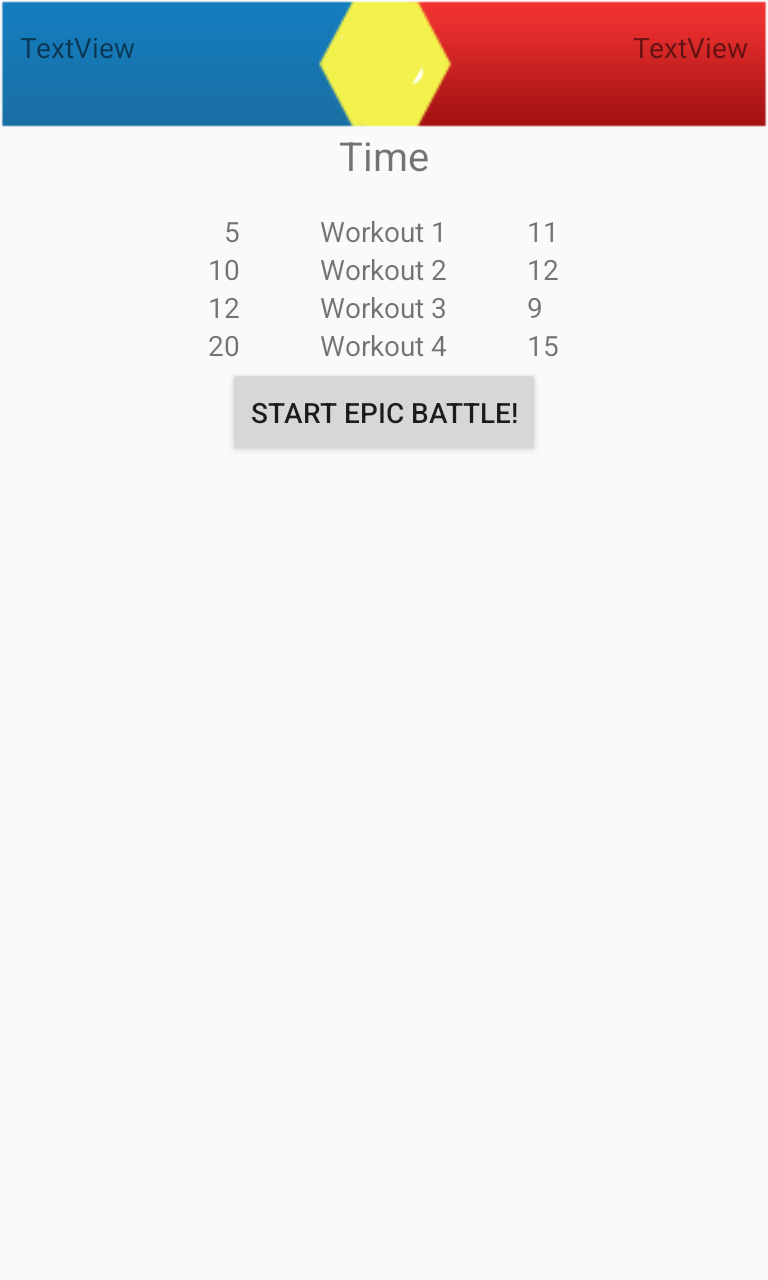
Repository: hackathon-2014/devdroid-repo
Layout: HealthyCompetition/res/layout/battlefield_layout.xml
The author's editor kept a copy of each file at every save. The layout is drawn from the files as they stood at one save, then again after the next save.
It is drawn on a 768 x 1280 px phone screen (xhdpi) without system bars, with theme AppTheme; the app's code is not run.

Above is the layout before, as saved 2014-08-23 20:02:43.

### HealthyCompetition/res/layout/battlefield_layout.xml
<?xml version="1.0" encoding="utf-8"?>
<LinearLayout xmlns:android="http://schemas.android.com/apk/res/android"
    android:layout_width="match_parent"
    android:layout_height="match_parent"
    android:orientation="vertical" >

    <RelativeLayout
        android:id="@+id/relative_layout_versus"
        android:layout_width="match_parent"
        android:layout_height="wrap_content" >

        <ImageView
            android:id="@+id/versus_image"
            android:layout_width="match_parent"
            android:layout_height="wrap_content"
            android:background="@drawable/versus_banner_9" />
        <ImageView
            android:id="@+id/timer_image"
            android:layout_width="50dp"
            android:layout_height="50dp"
            android:layout_centerHorizontal="true"
            android:background="@drawable/clockBG_9" />

        <TextView
            android:id="@+id/time_view"
            android:layout_width="wrap_content"
            android:layout_height="wrap_content"
            android:layout_below="@+id/versus_image"
            android:layout_centerHorizontal="true"

            android:text="Time"
            android:textSize="20dp" />

        <TextView
            android:id="@+id/player_one_name"
            android:layout_width="wrap_content"
            android:layout_height="wrap_content"
            android:layout_alignParentLeft="true"
            android:layout_alignParentTop="true"
            android:layout_marginLeft="10dp"
            android:layout_marginTop="14dp"
            android:text="TextView" />

        <TextView
            android:id="@+id/player_two_name"
            android:layout_width="wrap_content"
            android:layout_height="wrap_content"
            android:layout_alignBaseline="@+id/player_one_name"
            android:layout_alignBottom="@+id/player_one_name"
            android:layout_alignParentRight="true"
            android:layout_alignParentTop="true"
            android:layout_marginRight="10dp"
            android:text="TextView" />
    </RelativeLayout>

    <RelativeLayout
        android:id="@+id/workout_layout_one"
        android:layout_width="match_parent"
        android:layout_height="wrap_content"
        android:layout_marginTop="15dp"
        android:orientation="vertical" >

        <TextView
            android:id="@+id/workout_one"
            android:layout_width="wrap_content"
            android:layout_height="wrap_content"
            android:layout_centerHorizontal="true"
            android:text="Workout 1" />

        <TextView
            android:id="@+id/playerone_workoutone"
            android:layout_width="wrap_content"
            android:layout_height="wrap_content"
            android:layout_alignParentTop="true"
            android:layout_marginRight="40dp"
            android:layout_toLeftOf="@+id/workout_one"
            android:text="5" />

        <TextView
            android:id="@+id/playertwo_workoutone"
            android:layout_width="wrap_content"
            android:layout_height="wrap_content"
            android:layout_alignParentTop="true"
            android:layout_marginLeft="40dp"
            android:layout_toRightOf="@+id/workout_one"
            android:text="11" />
    </RelativeLayout>

    <RelativeLayout
        android:id="@+id/workout_layout_two"
        android:layout_width="match_parent"
        android:layout_height="wrap_content"
        android:orientation="vertical" >

        <TextView
            android:id="@+id/workout_two"
            android:layout_width="wrap_content"
            android:layout_height="wrap_content"
            android:layout_centerHorizontal="true"
            android:text="Workout 2" />

        <TextView
            android:id="@+id/playerone_workouttwo"
            android:layout_width="wrap_content"
            android:layout_height="wrap_content"
            android:layout_alignParentTop="true"
            android:layout_marginRight="40dp"
            android:layout_toLeftOf="@+id/workout_two"
            android:text="10" />

        <TextView
            android:id="@+id/playertwo_workouttwo"
            android:layout_width="wrap_content"
            android:layout_height="wrap_content"
            android:layout_alignParentTop="true"
            android:layout_marginLeft="40dp"
            android:layout_toRightOf="@+id/workout_two"
            android:text="12" />
    </RelativeLayout>

    <RelativeLayout
        android:id="@+id/workout_layout_three"
        android:layout_width="match_parent"
        android:layout_height="wrap_content"
        android:orientation="vertical" >

        <TextView
            android:id="@+id/workout_three"
            android:layout_width="wrap_content"
            android:layout_height="wrap_content"
            android:layout_centerHorizontal="true"
            android:text="Workout 3" />

        <TextView
            android:id="@+id/playerone_workoutthree"
            android:layout_width="wrap_content"
            android:layout_height="wrap_content"
            android:layout_alignParentTop="true"
            android:layout_marginRight="40dp"
            android:layout_toLeftOf="@+id/workout_three"
            android:text="12" />

        <TextView
            android:id="@+id/playertwo_workoutthree"
            android:layout_width="wrap_content"
            android:layout_height="wrap_content"
            android:layout_alignParentTop="true"
            android:layout_marginLeft="40dp"
            android:layout_toRightOf="@+id/workout_three"
            android:text="9" />
    </RelativeLayout>

    <RelativeLayout
        android:id="@+id/workout_layout_four"
        android:layout_width="match_parent"
        android:layout_height="wrap_content"
        android:orientation="vertical" >

        <TextView
            android:id="@+id/workout_four"
            android:layout_width="wrap_content"
            android:layout_height="wrap_content"
            android:layout_centerHorizontal="true"
            android:text="Workout 4" />

        <TextView
            android:id="@+id/playerone_workoutfour"
            android:layout_width="wrap_content"
            android:layout_height="wrap_content"
            android:layout_alignParentTop="true"
            android:layout_marginRight="40dp"
            android:layout_toLeftOf="@+id/workout_four"
            android:text="20" />

        <TextView
            android:id="@+id/playertwo_workoutfour"
            android:layout_width="wrap_content"
            android:layout_height="wrap_content"
            android:layout_alignParentTop="true"
            android:layout_marginLeft="40dp"
            android:layout_toRightOf="@+id/workout_four"
            android:text="15" />
    </RelativeLayout>

    <RelativeLayout
        android:layout_width="match_parent"
        android:layout_height="wrap_content" >

        <Button
            android:id="@+id/button1"
            android:layout_width="wrap_content"
            android:layout_height="wrap_content"
            android:layout_centerHorizontal="true"
            android:text="Start Epic Battle!" />
    </RelativeLayout>

</LinearLayout>

Loaded but not shown: HealthyCompetition/res/values/styles.xml (common file); HealthyCompetition/res/values-v11/styles.xml (common file); HealthyCompetition/res/values-v14/styles.xml (common file)

After the next save:
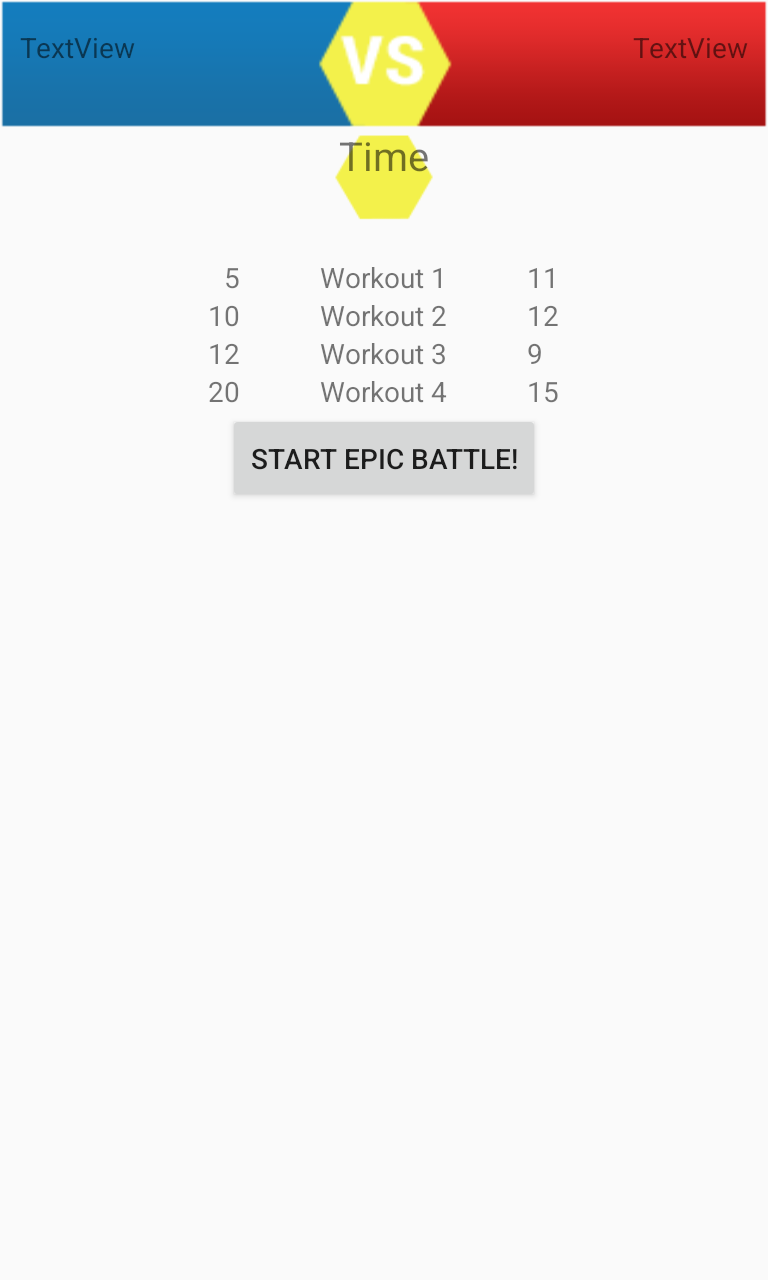
Saved 27 s later.
--- a/HealthyCompetition/res/layout/battlefield_layout.xml
+++ b/HealthyCompetition/res/layout/battlefield_layout.xml
@@ -18,6 +18,7 @@
             android:id="@+id/timer_image"
             android:layout_width="50dp"
             android:layout_height="50dp"
+            android:layout_below="@+id/versus_image"
             android:layout_centerHorizontal="true"
             android:background="@drawable/clockBG_9" />
 
